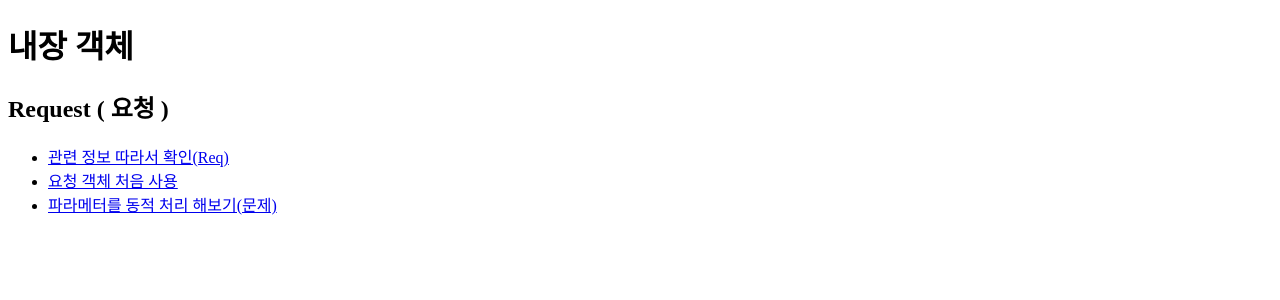
Repository: joeunpyeong/javaA
Page: http://localhost/04.Implicit/
These files come from the project's save history. The page is drawn as it stood at one moment and after the next save; the edit follows.
The browser window is 1280 px wide. The pictures show the whole page.
The page is served by Tomcat 9. Other server files are loaded and not shown.

Above is the page before, as saved 2023-05-22 02:41:45.

### 04.Implicit/src/main/webapp/index.jsp
<%@ page language="java" contentType="text/html; charset=UTF-8"
    pageEncoding="UTF-8"%>
<!DOCTYPE html>
<html>
<head>
<meta charset="UTF-8">
<title>Insert title here</title>
</head>
<body>
	<h1> 내장 객체 </h1>
	<h2> Request ( 요청 )</h2>
	<ul>
		<li><a href="Ex01_Request/Ex00_IntoReqeust.jsp">관련 정보 따라서 확인(Req)</a></li>
		<li><a href="Ex01_Request/Ex01_Request.jsp">요청 객체 처음 사용</a></li>
		<li><a href="Ex01_Request/Ex02_Request.jsp">파라메터를 동적 처리 해보기(문제)</a></li>

	</ul>
</body>
</html>

After the next save:
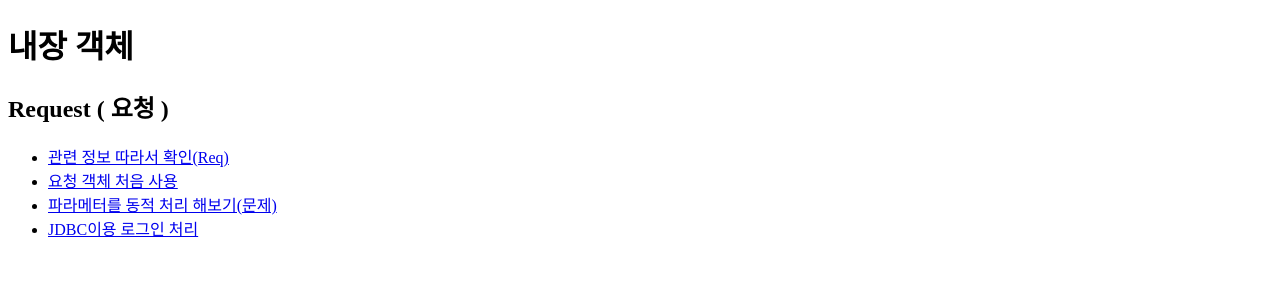
Saved 44 s later.
--- a/04.Implicit/src/main/webapp/index.jsp
+++ b/04.Implicit/src/main/webapp/index.jsp
@@ -13,6 +13,7 @@
 		<li><a href="Ex01_Request/Ex00_IntoReqeust.jsp">관련 정보 따라서 확인(Req)</a></li>
 		<li><a href="Ex01_Request/Ex01_Request.jsp">요청 객체 처음 사용</a></li>
 		<li><a href="Ex01_Request/Ex02_Request.jsp">파라메터를 동적 처리 해보기(문제)</a></li>
+		<li><a href="Ex01_Request/Ex03_Request.jsp">JDBC이용 로그인 처리</a></li>
 
 	</ul>
 </body>
